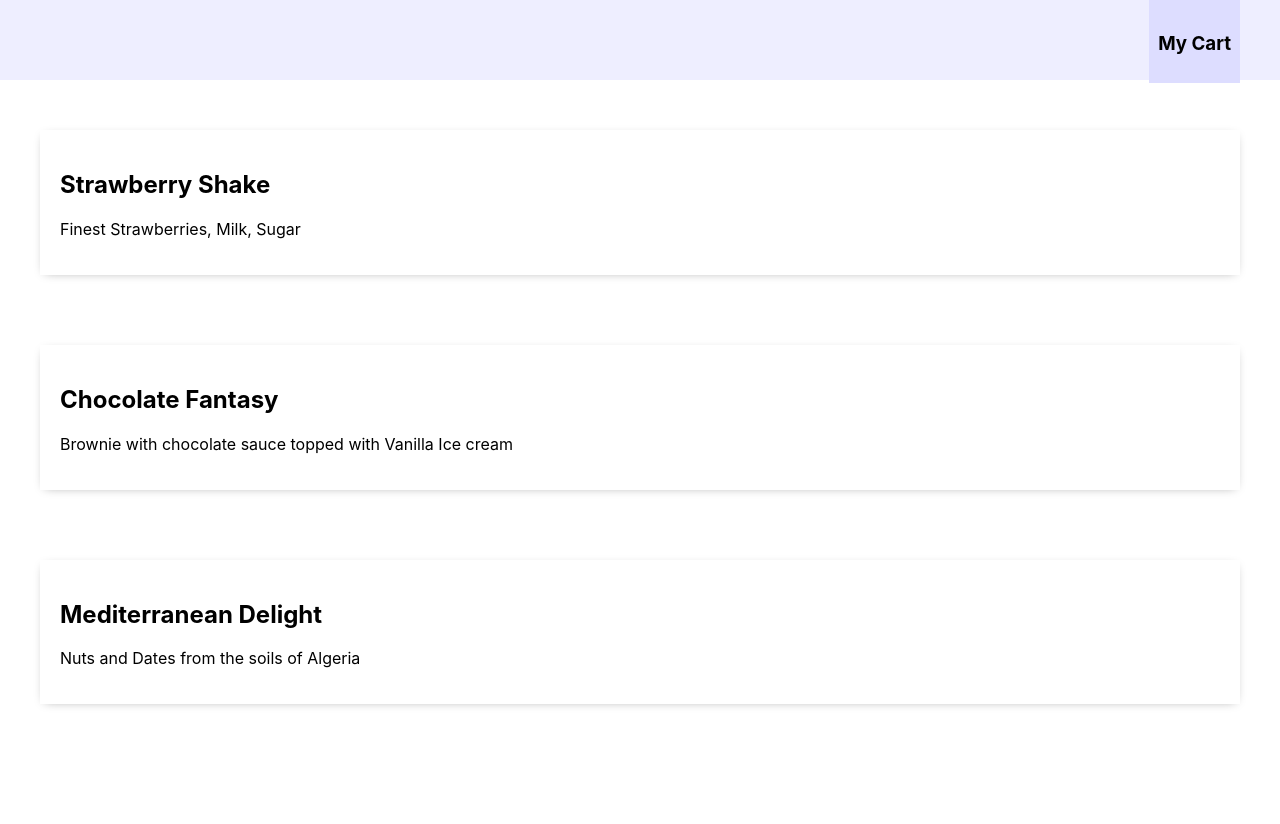
Repository: suhail-yazdan/shopping-cart-react
Page: /
The author's editor kept a copy of each file at every save. The page is drawn from the files as they stood at one save, then again after the next save.
The browser window is 1280 px wide. The pictures show the whole page.
The project was rebuilt for these pictures with package versions that can differ from the ones it lists, and the page was loaded fresh each time.

Above is the page before, as saved 2023-10-09 13:15:59.

### src/App.js
import { useState } from 'react';
import './App.css';
import Card from "./Card.jsx";
import Cart from "./Cart.jsx";

function App() {
  const [displayCart, setDisplayCart] = useState(false);
  const [products, setProducts] = useState([
    {
      pid: 1,
      name: "Strawberry Shake",
      desc: "Finest Strawberries, Milk, Sugar",
      price: 149,
      quantity: 0
    },
    {
      pid: 2,
      name: "Chocolate Fantasy",
      desc: "Brownie with chocolate sauce topped with Vanilla Ice cream",
      price: 249,
      quantity: 0
    },
    {
      pid: 3,
      name: "Mediterranean Delight",
      desc: "Nuts and Dates from the soils of Algeria",
      price: 329,
      quantity: 0
    }
  ])

  const handleQuantityIncreased = (prod, e) =>{
    e.stopPropagation();
    let sProducts = [...products];
    const ind = sProducts.indexOf(prod);
    if(sProducts[ind].quantity >= 0) sProducts[ind].quantity++;
    setProducts(sProducts)
    setDisplayCart(true)
  }

  const handleQuantityDecreased = (prod, e) =>{
    e.stopPropagation();
    let sProducts = [...products];
    const ind = sProducts.indexOf(prod);
    if(sProducts[ind].quantity > 0) sProducts[ind].quantity--;
    setProducts(sProducts)
    setDisplayCart(true)
  }

  return (
    <div>
      <header>
        <div className="grid1200">
          <Cart showCart={displayCart} setShowCart={() => setDisplayCart(!displayCart)} products={products} />
        </div>
      </header>

      <main>
        <div className="grid1200">
          {products.map((product) => (
            <Card
              key = {product.pid}
              productDetail = {product}
              onQuantityIncreased = {e => handleQuantityIncreased(product, e)}
              onQuantityDecreased = {e => handleQuantityDecreased(product, e)}
            />
          ))}
        </div>
      </main>
    </div>
  );
}

export default App;

### src/App.css
main {
  padding: 50px 0px;
}

div.grid1200 {
  width: 1200px;
  margin: 0px auto;
}

header {
  height: 80px;
  background-color: #eef;
}

### src/Card.jsx
import React, { useState } from 'react'
import Counter from './Counter'
import "./cardstyle.css"

const Card = (props) => {
  const [cardSelected, setCardSelected] = useState(false)

  const getCardClass = () => {
    let cardClass = cardSelected === true ? "card selected" : "card deselected";
    return cardClass
  }

  const getOverlayState = () => {
    let overlayClass = cardSelected === true ? "overlay show" : "overlay hide";
    return overlayClass;
  };

  return (
    <div className={getCardClass()} onClick={() => setCardSelected(!cardSelected)}>
      <h2> {props.productDetail.name} </h2>
      <p>{props.productDetail.desc}</p>
      <div className={getOverlayState()}>
        <Counter
          product = {props.productDetail}
          onIncrement={props.onQuantityIncreased}
          onDecrement={props.onQuantityDecreased}
          />
      </div>
    </div>
  )
}

export default Card

### src/Cart.jsx
import "./cartstyle.css"

const Cart = (props) => {
  return (
    <div className="cart">
      <h3 onClick={props.setShowCart}> My Cart<sup className="totalItems">{}</sup></h3>
      {props.showCart &&
        <div className="popup">
          <ul>
            {props.products.map(item =>(
              <li key={item.pid}>
                {item.quantity ? `${item.name}: ${item.quantity}` : ""}
              </li>
            ))}
          </ul>
        </div>
      }
    </div>
  )
}

export default Cart

### src/Counter.js
import "./counterstyle.css";

export default function Counter(props) {
    return (
      <div className="counter">
        Quantity &nbsp;
        <span className={props.product.quantity === 0 ? "badge badge-warning" : "badge badge-primary"}>
          {props.product.quantity === 0 ? "Zero": props.product.quantity}
        </span>
        &nbsp;
        <button className="btn btn-secondary" onClick={props.onIncrement}>
          +
        </button>
        <button className="btn btn-secondary" onClick={props.onDecrement}>
          -
        </button>
      </div>
    );
}

### src/cardstyle.css
.card {
  padding: 20px;
  margin-bottom: 70px;
  cursor: pointer;
  box-shadow: 0px 2px 10px -5px rgba(0, 0, 0, 0.4);
  position: relative;
}

.selected {
  background-color: rgba(220, 235, 255, 0.7);
}

.deselected {
  background-color: white;
}

.overlay {
  width: 100%;
  height: 100%;
  position: absolute;
  z-index: 20;
  top: 0px;
  left: 0px;
}

.show {
  display: block;
}

.hide {
  display: none;
}

### src/cartstyle.css
div.cart {
  padding: 9px;
  background-color: #ddf;
  float: right;
  position: relative;
  cursor: pointer;
}

div.popup {
  position: absolute;
  z-index: 200;
  width: 200px;
  height: 150px;
  padding: 15px 20px;
  background-color: #ccd;
  top: 80px;
  right: 0px;
}

.menu-on {
  display: block;
}

.menu-off {
  display: none;
}

.cart ul {
  margin: 0px;
  padding: 0px;
  list-style-type: none;
}

.cart ul li {
  line-height: 40px;
}


.totalItems{
  color: red;
}

### src/counterstyle.css
.counter {
    float: right;
    margin-top: 65px;
    margin-right: 50px;
    display: flex;
    align-items: center;
  }

  .badge {
    padding: 2px 8px;
    border-radius: 6px;
    background-color: #222;
    font-weight: bold;
  }

  .badge-primary {
    background-color: #36b;
    color: white;
  }

  .badge-secondary {
    background-color: #666;
    color: white;
  }

  .badge-warning {
    background-color: #db0;
    color: black;
  }

  .btn {
    padding: 4px 8px;
    border-radius: 3px;
    cursor: pointer;
    background-color: #222;
    color: white;
    border: none;
    margin-left: 3px;
  }

  .btn-secondary {
    background-color: #666;
  }

  .btn-danger {
    background-color: #d33;
  }

Loaded but not shown: public/index.html (common file); src/index.js (common file); src/index.css (common file); src/reportWebVitals.js (common file)

After the next save:
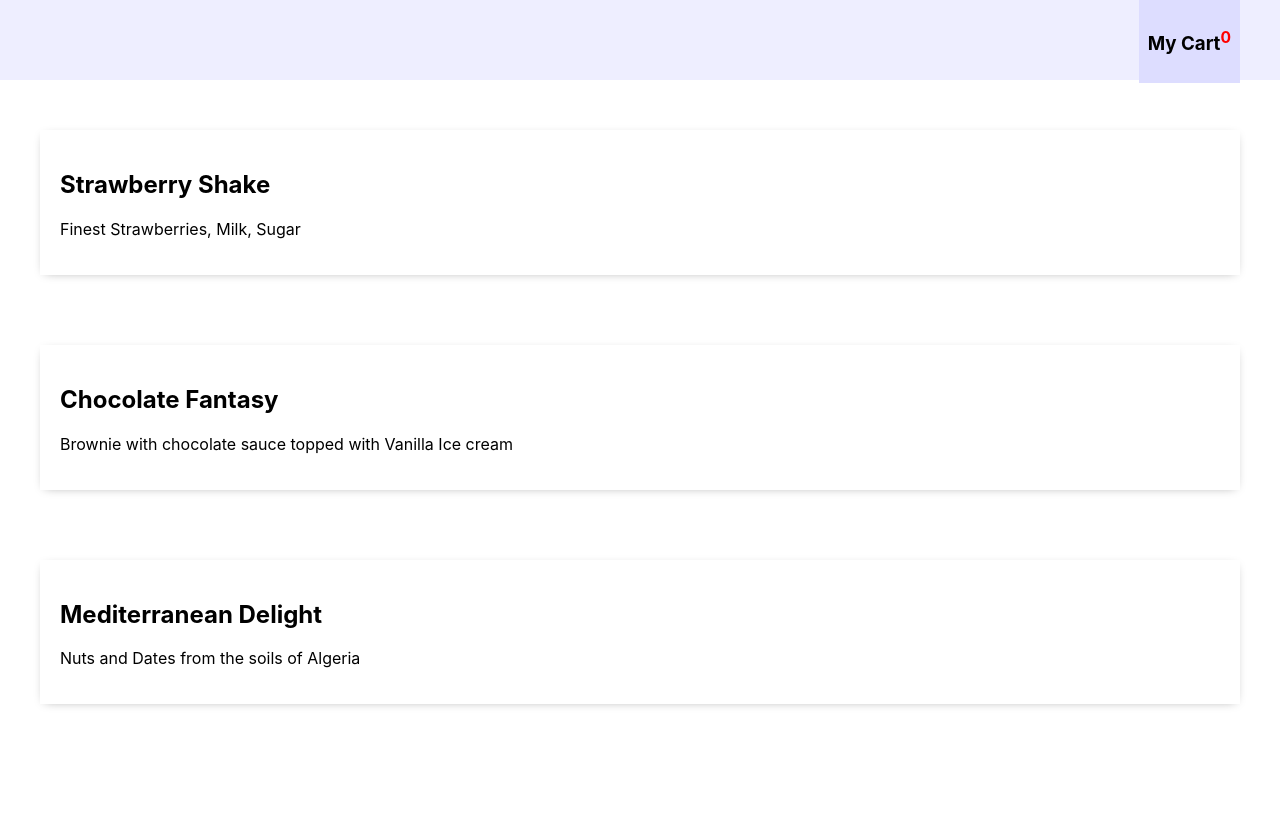
Saved 49 s later.
--- a/src/Cart.jsx
+++ b/src/Cart.jsx
@@ -3,7 +3,13 @@ import "./cartstyle.css"
 const Cart = (props) => {
   return (
     <div className="cart">
-      <h3 onClick={props.setShowCart}> My Cart<sup className="totalItems">{}</sup></h3>
+      <h3 onClick={props.setShowCart}>
+        My Cart
+        <sup className="totalItems">
+        {props.products.reduce((total, product) => total + product.quantity, 0)}
+        </sup>
+      </h3>
+
       {props.showCart &&
         <div className="popup">
           <ul>
